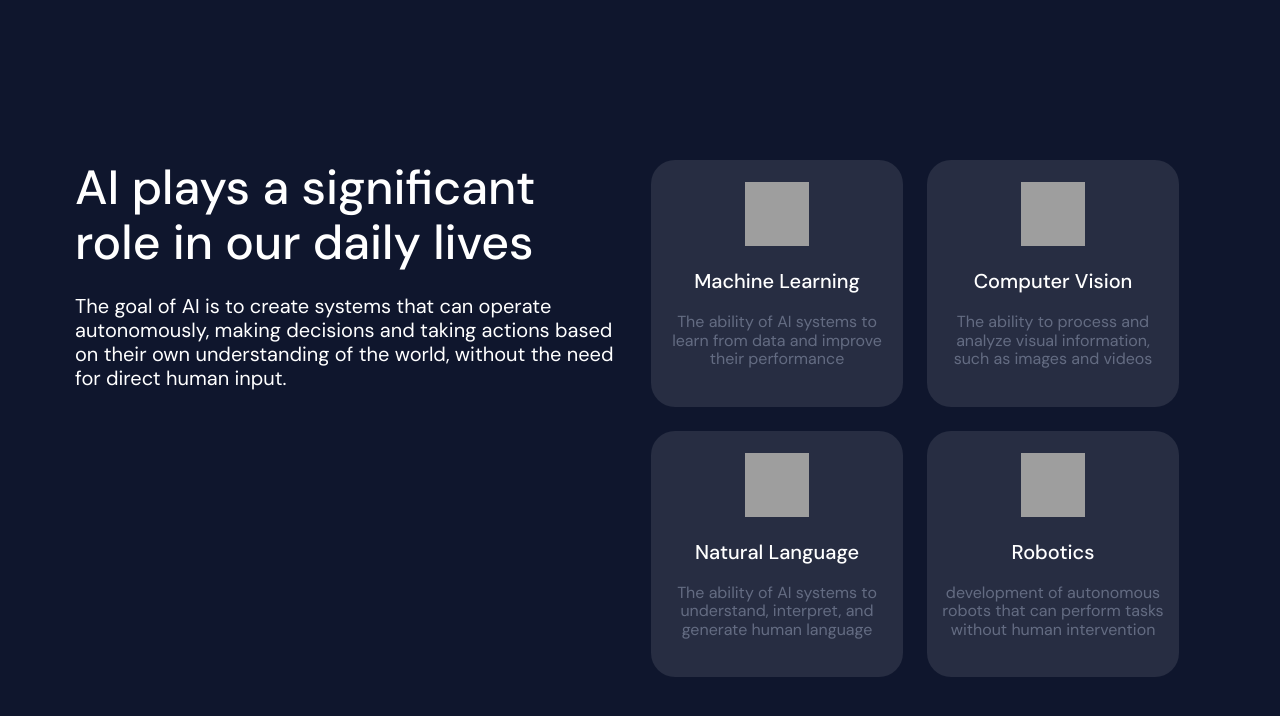
Repository: guli95/four-areas-of-AI-INVO-ACAdemy
Page: /
An editor plug-in stored every save of this project. The page is shown before and after the next save, followed by the edit.
The browser window is 1280 px wide. The pictures show the whole page.
Pictures or frames that could not be fetched are drawn as grey boxes. The project was rebuilt for these pictures with package versions that can differ from the ones it lists, and the page was loaded fresh each time.

Above is the page before, as saved 2023-03-13 14:56:27.

### index.html
<!DOCTYPE html>
<html lang="en">

<head>
  <meta charset="UTF-8" />
  <link rel="icon" type="image/svg+xml" href="/vite.svg" />
  <meta name="viewport" content="width=device-width, initial-scale=1.0" />
  <title>Four AI areas</title>
</head>

<!-- In order to start your challenge, remove all the content inside <div id="home-page"></div> and start coding :) -->

<body>
  <div id="home-page">
    <div class="flexbox-container">
      <div class="heading-wrapper">
        <h1 class="heading-title">AI plays a significant role in our daily lives</h1>
        <p class="heading-text">The goal of AI is to create systems that can operate autonomously, making decisions and taking actions based on their own understanding of the world, without the need for direct human input.</p>
      </div>
      <div class="card-container">
        <a href="" class="card-link">
        <div class="card">
          <img src="./public/images/card-icon1.png" alt="" class="card-img" role="presentation">
          <h3 class="card-title">Machine Learning</h3>
          <p class="card-text">The ability of AI systems to learn from data and improve their performance</p>
        </div>
        </a>
        <a href="" class="card-link">
        <div class="card">
          <img src="./public/images/card-icon2.png" alt="" class="card-img" role="presentation">
          <h3 class="card-title">Computer Vision</h3>
          <p class="card-text">The ability to process and analyze visual information, such as images and videos</p>
        </div>
        </a>
        <a href="" class="card-link">
        <div class="card">
          <img src="./public/images/card-icon3.png" alt="" class="card-img" role="presentation">
          <h3 class="card-title">Natural Language</h3>
          <p class="card-text">The ability of AI systems to understand, interpret, and generate human language</p>
        </div>
        </a>
        <a href="" class="card-link">
        <div class="card">
          <img src="./public/images/card-icon4.png" alt="" class="card-img" role="presentation">
          <h3 class="card-title">Robotics</h3>
          <p class="card-text">development of autonomous robots that can perform tasks without human intervention</p>
        </div>
        </a>
      </div>
    </div>
  </div>

  <script type="module" src="/src/global-scripts/main.js"></script>
</body>

</html>

### src/global-scripts/main.js
/// Main JavaScript File
/// Here we import all the global JavaScript files we need for our project.

import "../global-styles/style.scss";
import "../../src/pages/home-page/styles/home-page.scss";

### src/global-styles/style.scss
/// Main Styles File
/// Here we import all the global Styles files we need for our project.

@import "styles/normalize.scss";
@import "styles/root.scss";
@import "styles/fonts.scss";

body {
  font-family: 'DS sans', sans-serif;
  color: var(--color-primary);
}

p {
  color: var(--color-on-surface);
}

### src/pages/home-page/styles/home-page.scss
/// Homepage Styles File
/// Here we import all the Styles files we need for our Homepage.
@import '../../../global-styles/styles/_root.scss';

#home-page{
    color: var(--color-white);
    font-family: 'DM Sans',sans-serif;
    height: 100%;

 .flexbox-container{
    max-width: 1580px;
    padding: 0 20px;
    display: flex;
    justify-content: center;
    margin: 160px auto 0 auto;
    @media screen and (max-width:1024px) {
        flex-direction:column;
        align-items: center;
        gap:24px;
    }
    @media screen and (max-width:480px) {
        padding: 48px 16px;
    }
    .heading-wrapper{
        font-family: "DM Sans", sans-serif;
        text-align: left ;
        vertical-align: top;
        max-width: 550px;
        @media screen and (max-width:1024px) {
            width: 100%;
            padding: 0 16px;
        }
        .heading-title{
            font-size: var(--text-xl);
            font-weight: 500;
            line-height: 115%;
            margin: 0 0 24px 0;
            @media screen and (max-width:1024px) {
                margin-bottom: 16px;
            }
            @media screen and (max-width:1024px) {
                font-size: var(--text-l);
            }
        }
        .heading-text{
            font-size: var(--text-m);
            line-height: 24px;
            font-weight: 400;

        }
        @media screen and (max-width:480px) {
            font-size: var(--text-s);
        }
    }
    .card-container{
        display: flex;
        justify-content: center;
        flex-wrap: wrap;
        gap: 24px;
        max-width: 580px;
        @media screen and (max-width:1024px) {
            width: 100%;
            gap:16px;
        }
        .card-link{
            display: flex;
            color: var(--color-white);
            text-decoration: none;
            flex-direction: column;
            justify-content: space-around;
            align-items: center;
            width: 40%;
            padding: 22px 10px;
            background-color:var(--color-secondary-grey);
            text-align: center;
            border-radius: var(--rounding-big);
            transition: .2s;
            &:hover{
                background-color: lighten($color: #272D42, $amount: 10) ;
            }
            @media screen and (max-width:480px) {
                width: 100%;
            }
            .card-img{
                width: 64px;
                height: 64px;
                @media screen and (max-width:1024px) {
                    width: 56px;
                    height: 56px;
                }
            }
            .card-title{
                font-size: var(--text-m);
                font-weight: 500;
            }
            .card-text{
                font-size: var(--text-s);
                mix-blend-mode:soft-light;
                @media screen and (max-width:1024px) {
                    font-size: var(--text-xs);
                }
            }
        }

    }
}

}

### src/global-styles/styles/normalize.scss
/*! normalize.css v8.0.1 | MIT License | github.com/necolas/normalize.css */

/* Document
   ========================================================================== */

/**
 * 1. Correct the line height in all browsers.
 * 2. Prevent adjustments of font size after orientation changes in iOS.
 */

html {
  line-height: 1.15; /* 1 */
  -webkit-text-size-adjust: 100%; /* 2 */
  background-color: var(--color-primary-dark-blue);
}

/* Sections
   ========================================================================== */

/**
 * Remove the margin in all browsers.
 */

body {
  margin: 0;
}

/**
 * Render the `main` element consistently in IE.
 */

main {
  display: block;
}

/**
 * Correct the font size and margin on `h1` elements within `section` and
 * `article` contexts in Chrome, Firefox, and Safari.
 */

h1 {
  font-size: 2em;
  margin: 0.67em 0;
}

/* Grouping content
   ========================================================================== */

/**
 * 1. Add the correct box sizing in Firefox.
 * 2. Show the overflow in Edge and IE.
 */

hr {
  box-sizing: content-box; /* 1 */
  height: 0; /* 1 */
  overflow: visible; /* 2 */
}

/**
 * 1. Correct the inheritance and scaling of font size in all browsers.
 * 2. Correct the odd `em` font sizing in all browsers.
 */

pre {
  font-family: monospace, monospace; /* 1 */
  font-size: 1em; /* 2 */
}

/* Text-level semantics
   ========================================================================== */

/**
 * Remove the gray background on active links in IE 10.
 */

a {
  background-color: transparent;
}

/**
 * 1. Remove the bottom border in Chrome 57-
 * 2. Add the correct text decoration in Chrome, Edge, IE, Opera, and Safari.
 */

abbr[title] {
  border-bottom: none; /* 1 */
  text-decoration: underline; /* 2 */
  text-decoration: underline dotted; /* 2 */
}

/**
 * Add the correct font weight in Chrome, Edge, and Safari.
 */

b,
strong {
  font-weight: bolder;
}

/**
 * 1. Correct the inheritance and scaling of font size in all browsers.
 * 2. Correct the odd `em` font sizing in all browsers.
 */

code,
kbd,
samp {
  font-family: monospace, monospace; /* 1 */
  font-size: 1em; /* 2 */
}

/**
 * Add the correct font size in all browsers.
 */

small {
  font-size: 80%;
}

/**
 * Prevent `sub` and `sup` elements from affecting the line height in
 * all browsers.
 */

sub,
sup {
  font-size: 75%;
  line-height: 0;
  position: relative;
  vertical-align: baseline;
}

sub {
  bottom: -0.25em;
}

sup {
  top: -0.5em;
}

/* Embedded content
   ========================================================================== */

/**
 * Remove the border on images inside links in IE 10.
 */

img {
  border-style: none;
}

/* Forms
   ========================================================================== */

/**
 * 1. Change the font styles in all browsers.
 * 2. Remove the margin in Firefox and Safari.
 */

button,
input,
optgroup,
select,
textarea {
  font-family: inherit; /* 1 */
  font-size: 100%; /* 1 */
  line-height: 1.15; /* 1 */
  margin: 0; /* 2 */
}

/**
 * Show the overflow in IE.
 * 1. Show the overflow in Edge.
 */

button,
input { /* 1 */
  overflow: visible;
}

/**
 * Remove the inheritance of text transform in Edge, Firefox, and IE.
 * 1. Remove the inheritance of text transform in Firefox.
 */

button,
select { /* 1 */
  text-transform: none;
}

/**
 * Correct the inability to style clickable types in iOS and Safari.
 */

button,
[type="button"],
[type="reset"],
[type="submit"] {
  -webkit-appearance: button;
}

/**
 * Remove the inner border and padding in Firefox.
 */

button::-moz-focus-inner,
[type="button"]::-moz-focus-inner,
[type="reset"]::-moz-focus-inner,
[type="submit"]::-moz-focus-inner {
  border-style: none;
  padding: 0;
}

/**
 * Restore the focus styles unset by the previous rule.
 */

button:-moz-focusring,
[type="button"]:-moz-focusring,
[type="reset"]:-moz-focusring,
[type="submit"]:-moz-focusring {
  outline: 1px dotted ButtonText;
}

/**
 * Correct the padding in Firefox.
 */

fieldset {
  padding: 0.35em 0.75em 0.625em;
}

/**
 * 1. Correct the text wrapping in Edge and IE.
 * 2. Correct the color inheritance from `fieldset` elements in IE.
 * 3. Remove the padding so developers are not caught out when they zero out
 *    `fieldset` elements in all browsers.
 */

legend {
  box-sizing: border-box; /* 1 */
  color: inherit; /* 2 */
  display: table; /* 1 */
  max-width: 100%; /* 1 */
  padding: 0; /* 3 */
  white-space: normal; /* 1 */
}

/**
 * Add the correct vertical alignment in Chrome, Firefox, and Opera.
 */

progress {
  vertical-align: baseline;
}

/**
 * Remove the default vertical scrollbar in IE 10+.
 */

textarea {
  overflow: auto;
}

/**
 * 1. Add the correct box sizing in IE 10.
 * 2. Remove the padding in IE 10.
 */

[type="checkbox"],
[type="radio"] {
  box-sizing: border-box; /* 1 */
  padding: 0; /* 2 */
}

/**
 * Correct the cursor style of increment and decrement buttons in Chrome.
 */

[type="number"]::-webkit-inner-spin-button,
[type="number"]::-webkit-outer-spin-button {
  height: auto;
}

/**
 * 1. Correct the odd appearance in Chrome and Safari.
 * 2. Correct the outline style in Safari.
 */

[type="search"] {
  -webkit-appearance: textfield; /* 1 */
  outline-offset: -2px; /* 2 */
}

/**
 * Remove the inner padding in Chrome and Safari on macOS.
 */

[type="search"]::-webkit-search-decoration {
  -webkit-appearance: none;
}

/**
 * 1. Correct the inability to style clickable types in iOS and Safari.
 * 2. Change font properties to `inherit` in Safari.
 */

::-webkit-file-upload-button {
  -webkit-appearance: button; /* 1 */
  font: inherit; /* 2 */
}

/* Interactive
   ========================================================================== */

/*
 * Add the correct display in Edge, IE 10+, and Firefox.
 */

details {
  display: block;
}

/*
 * Add the correct display in all browsers.
 */

summary {
  display: list-item;
}

/* Misc
   ========================================================================== */

/**
 * Add the correct display in IE 10+.
 */

template {
  display: none;
}

/**
 * Add the correct display in IE 10.
 */

[hidden] {
  display: none;
}

### src/global-styles/styles/root.scss
/// Root Styles file
/// Here we define all the root variables we need for our project.
/// For examples see Material Design color system: https://m2.material.io/design/color/the-color-system.html

:root {
    $--color-primary-dark-blue: #0F162D !global;
    --color-primary-pink: #CA59FF;
    --color-primary-purple: #6C7CFF;
    --color-primary-green: #2AFFFF;
    --color-primary-yellow: #FFF629;
    --color-white: #FFFFFF;
    --color-black: #000;
    --color-secondary-grey:#272D42;

}

### src/global-styles/styles/fonts.scss
/// Main Fonts File
/// Here we import all the fonts files we need for our project.

@import url('https://fonts.googleapis.com/css2?family=Roboto:ital,wght@0,100;0,300;0,400;0,500;0,700;0,900;1,100;1,300;1,400;1,500;1,700;1,900&display=swap');
@import url('https://fonts.googleapis.com/css2?family=DM+Sans:wght@400;500&display=swap');

### src/global-styles/styles/_root.scss
/// Root Styles file
/// Here we define all the root variables we need for our project.
/// For examples see Material Design color system: https://m2.material.io/design/color/the-color-system.html

:root {
    //colors
    --color-primary-dark-blue: #0F162D ;
    --color-primary-pink: #CA59FF;
    --color-primary-purple: #6C7CFF;
    --color-primary-green: #2AFFFF;
    --color-primary-yellow: #FFF629;
    --color-white: #FFFFFF;
    --color-black: #000;
    --color-secondary-grey:#272D42;

    //font-size
    --text-xl:48px;
    --text-l:32px;
    --text-m:20px;
    --text-s:16px;
    --text-xs:14px;

    //rounding
    --rounding-big:24px;
    --rounding-small:16px;
}

After the next save:
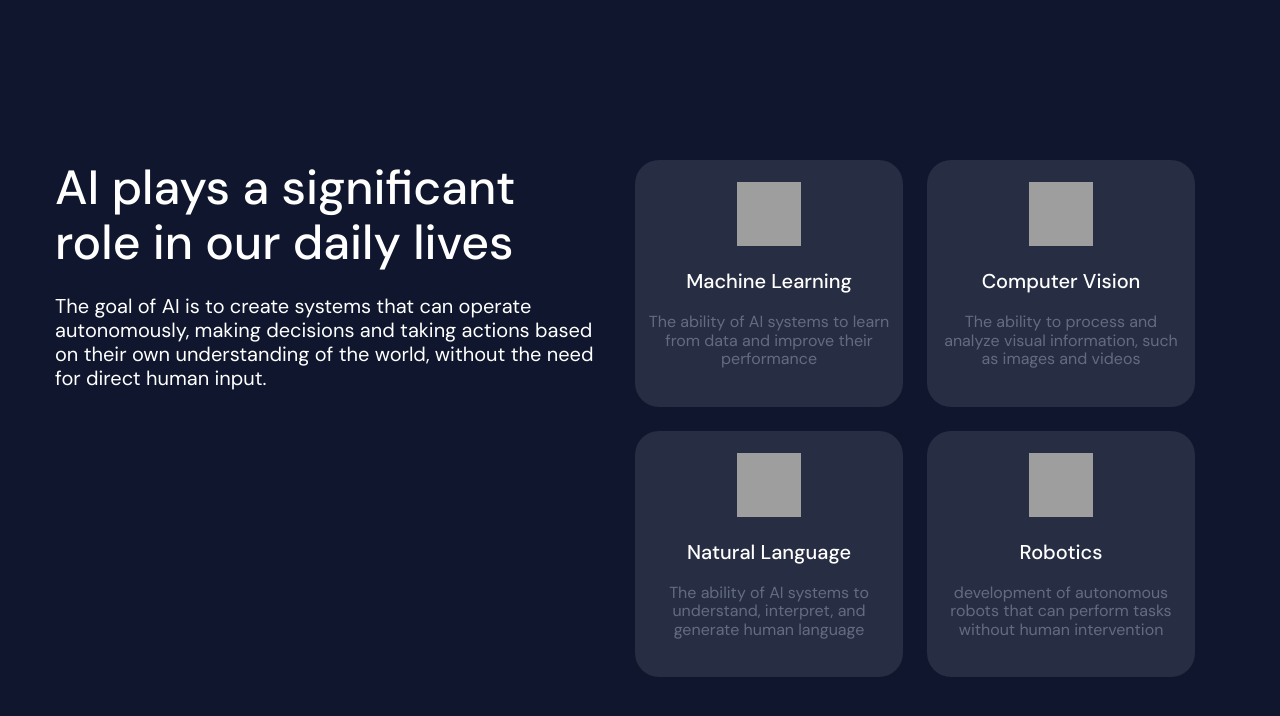
Saved 19 s later.
--- a/src/pages/home-page/styles/home-page.scss
+++ b/src/pages/home-page/styles/home-page.scss
@@ -57,7 +57,7 @@
         justify-content: center;
         flex-wrap: wrap;
         gap: 24px;
-        max-width: 580px;
+        max-width: 620px;
         @media screen and (max-width:1024px) {
             width: 100%;
             gap:16px;
